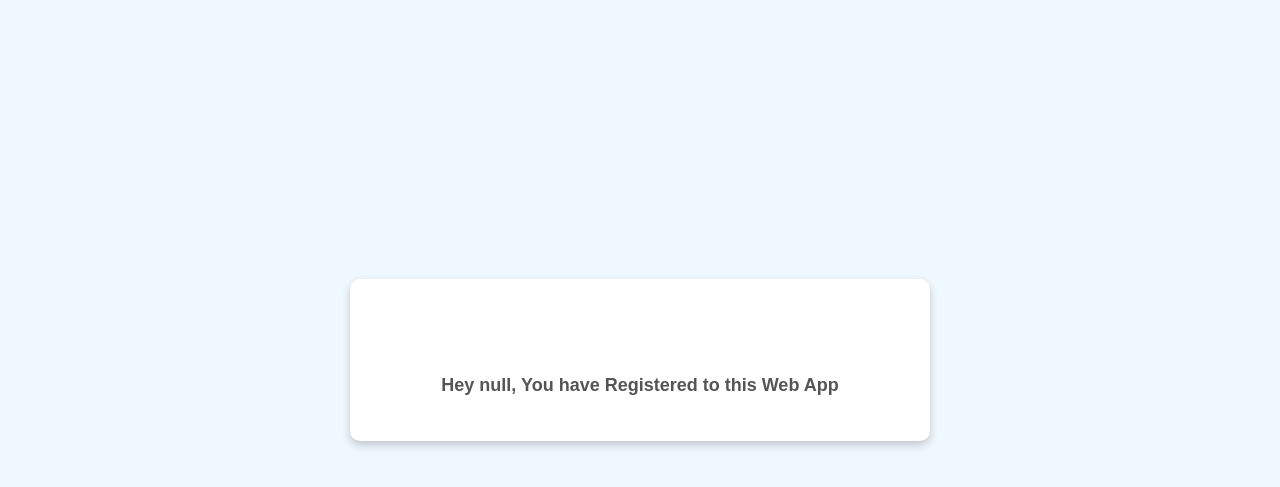
Repository: anuragtiwari3100/Java-Web-Solutions-Kit
Page: http://localhost/RegistrationAppUsingMVC/success.jsp
An editor plug-in stored every save of this project. The page is shown before and after the next save, followed by the edit.
The browser window is 1280 px wide. The pictures show the whole page.
The page is served by Tomcat 10.

Above is the page before, as saved 2024-11-28 04:58:45.

After the next save:
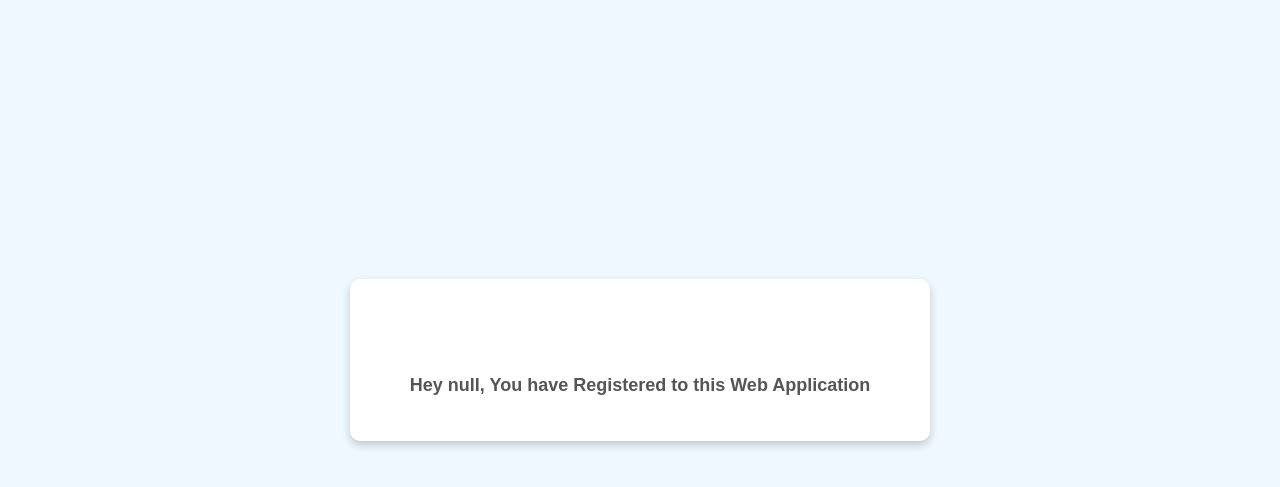
Saved 12 s later.
--- a/JspAndServlet/RegistrationAppUsingMVC/src/main/webapp/success.jsp
+++ b/JspAndServlet/RegistrationAppUsingMVC/src/main/webapp/success.jsp
@@ -58,7 +58,7 @@
         <%
             String name = (String) session.getAttribute("name");
         %>
-        <h2>Hey <%= name %>, You have Registered to this Web App</h2>
+        <h2>Hey <%= name %>, You have Registered to this Web Application</h2>
     </div>
 </body>
 </html>
